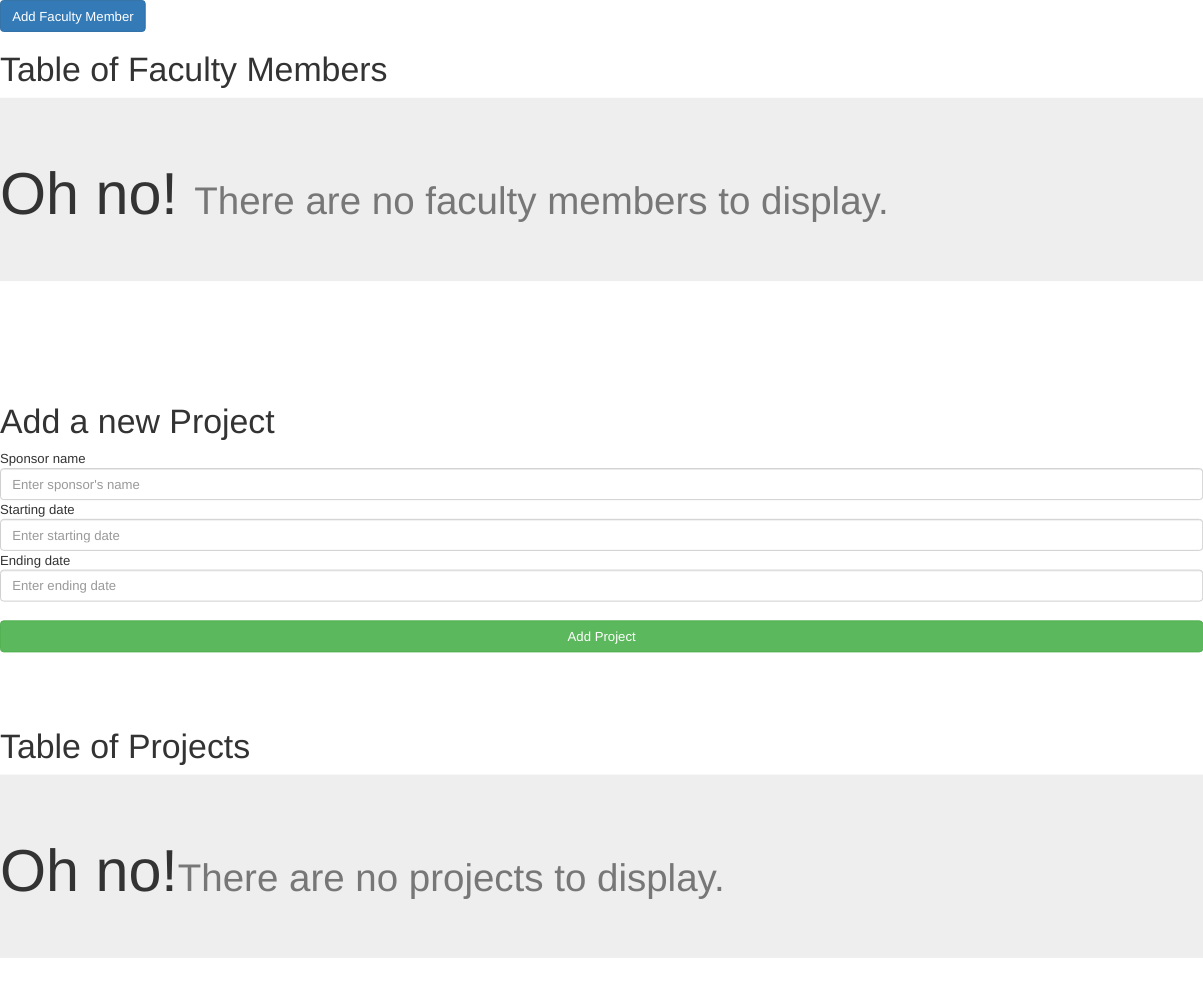
Repository: cpham19/DatabaseSite
Page: http://localhost/database/Table
An editor plug-in stored every save of this project. The page is shown before and after the next save, followed by the edit.
The browser window is 1280 px wide. The pictures show the whole page, at 94% of full size.
The page is served by Tomcat 9. Queries for data that is not in the repository find no rows.

Above is the page before, as saved 2017-07-30 04:28:49.

After the next save:
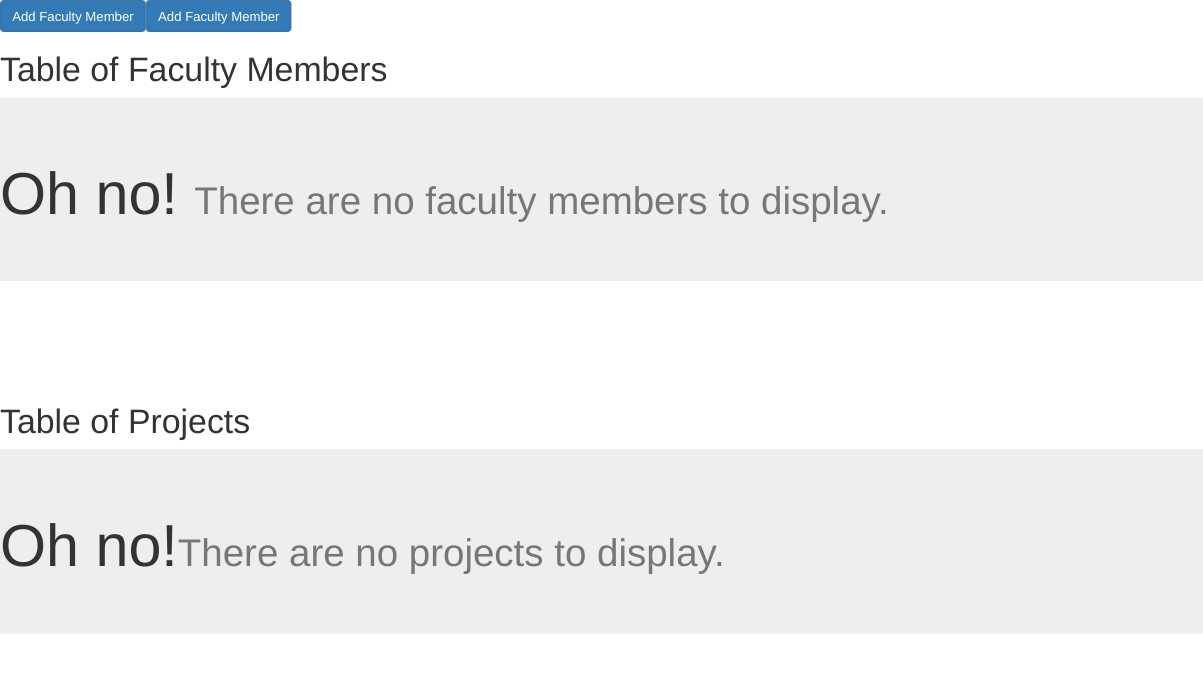
Saved 16 s later.
--- a/database/src/main/webapp/Table.jsp
+++ b/database/src/main/webapp/Table.jsp
@@ -9,7 +9,7 @@
 	<link rel="stylesheet" href="https://maxcdn.bootstrapcdn.com/bootstrap/3.3.7/css/bootstrap.min.css" integrity="sha384-BVYiiSIFeK1dGmJRAkycuHAHRg32OmUcww7on3RYdg4Va+PmSTsz/K68vbdEjh4u" crossorigin="anonymous">
 </head>
 <body>
-	<a href="AddFaculty.jsp" class="btn btn-primary" role="button">Add Faculty Member</a>
+	<a href="AddFaculty.jsp" class="btn btn-primary" role="button">Add Faculty Member</a><a href="AddProject.jsp" class="btn btn-primary" role="button">Add Faculty Member</a>
 
 	<h1>Table of Faculty Members</h1>
 	<c:if test="${empty faculties}">
@@ -39,18 +39,6 @@
 
 	<br/>
 	<br/>
-    <br/>
-	<br/>
-	<h1>Add a new Project</h1>
-	<form action="AddProject" method="post">
-		Sponsor name <input type="text" class="form-control" id="sponsorName" name="sponsorName" placeholder="Enter sponsor's name">
-		Starting date <input type="text" class="form-control" id="startingDate" name="startingDate" placeholder="Enter starting date">
-		Ending date <input type="text" class="form-control" id="endingDate" name="endingDate" placeholder="Enter ending date">
-		<br/>
-		<button type="submit" class="btn btn-success btn-block">Add Project</button>
-	</form>
-
-	<br/>
 	<br/>
 	<br/>
 
